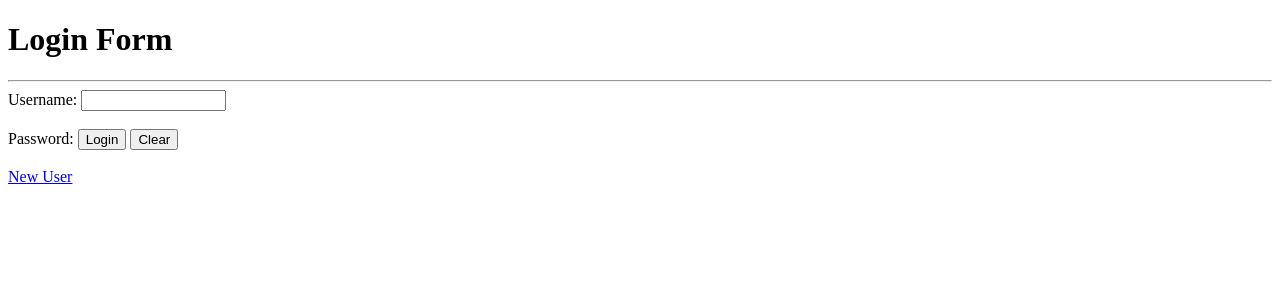
Repository: ManjulavaniSripathi/Day10
Page: LoginApp/WebContent/Login.html
An editor plug-in stored every save of this project. The page is shown before and after the next save, followed by the edit.
The browser window is 1280 px wide. The pictures show the whole page.

Above is the page before, as saved 2018-09-05 12:07:03.

### LoginApp/WebContent/Login.html
<!DOCTYPE html>
<html>
<head>
<meta charset="ISO-8859-1">
<title>Login page</title>
</head>
<body>
<h1>Login Form</h1>
<hr>
<form action="Login"method="post">
<label>Username:</label>
<input type="text" name="username"size="15"/>
<br><br>
<label>Password:</label>
<input type="submit"value="Login"> </input>
<input type="reset"value="Clear"/>
<br><br>
<a href="registration.html">New User</a>
</form>

</body>
</html>

After the next save:
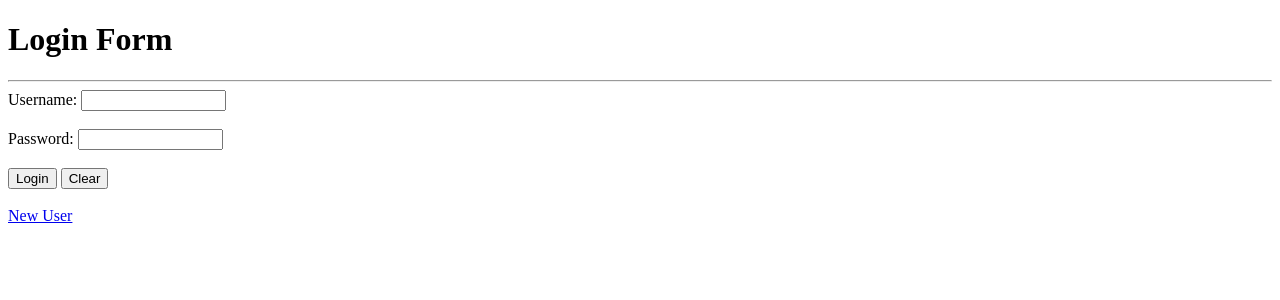
Saved 46 s later.
--- a/LoginApp/WebContent/Login.html
+++ b/LoginApp/WebContent/Login.html
@@ -12,6 +12,8 @@
 <input type="text" name="username"size="15"/>
 <br><br>
 <label>Password:</label>
+<input type="password" name="password"size="15"/>
+<br><br>
 <input type="submit"value="Login"> </input>
 <input type="reset"value="Clear"/>
 <br><br>
